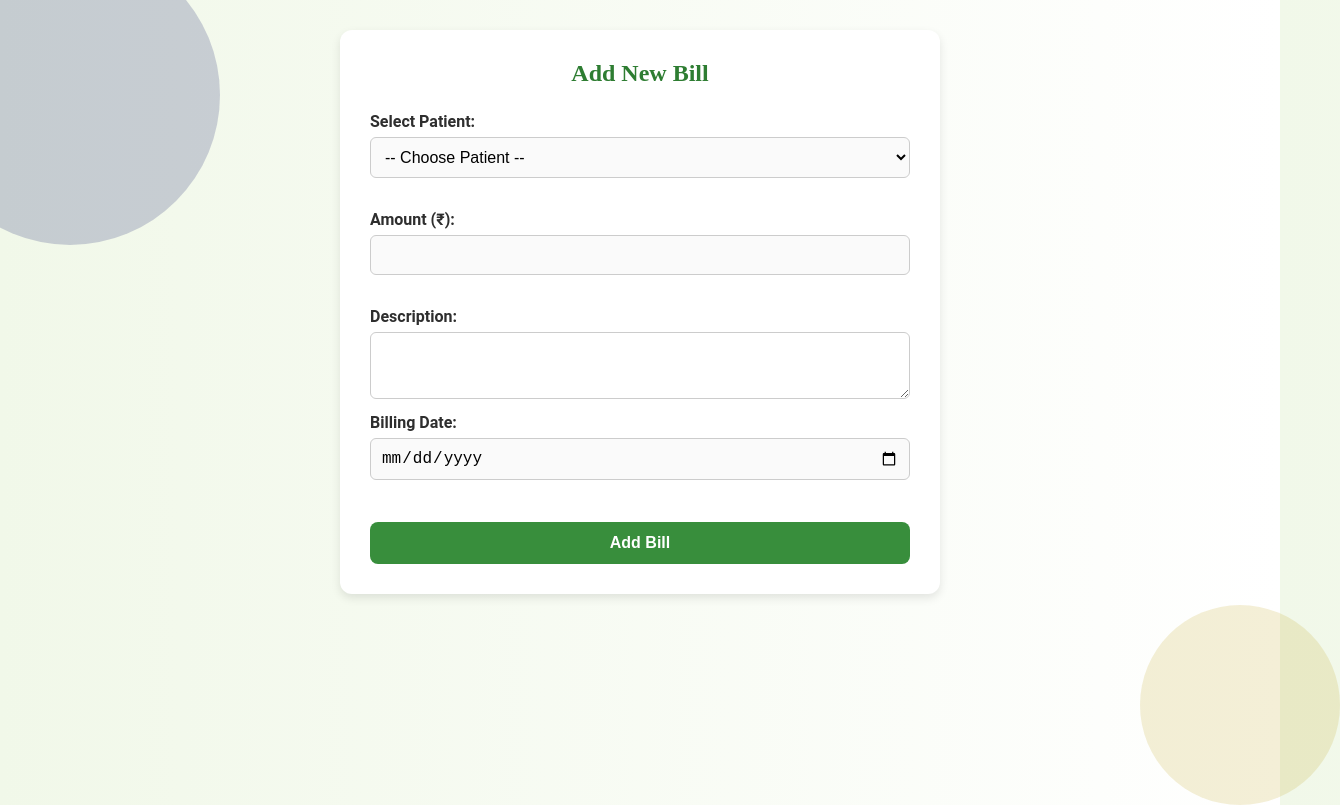
Repository: shreeshskatti/hospital_management_system
Page: http://localhost/bills/add_bill.php
An editor plug-in stored every save of this project. The page is shown before and after the next save, followed by the edit.
The browser window is 1280 px wide. The page is 1340 px wide, then 1280 px, then 1340 px, so the pictures cover 1340 px, including what lies to the right of the window. The pictures show the whole page.
Some web fonts or font styles are not loaded; a fallback is used. The page is run by PHP 8.4 with error messages shown; the project is at /var/www/html/. The database holds what the project's SQL file puts in it.

Above is the page before, as saved 2025-05-29 21:54:57.

After the next save:
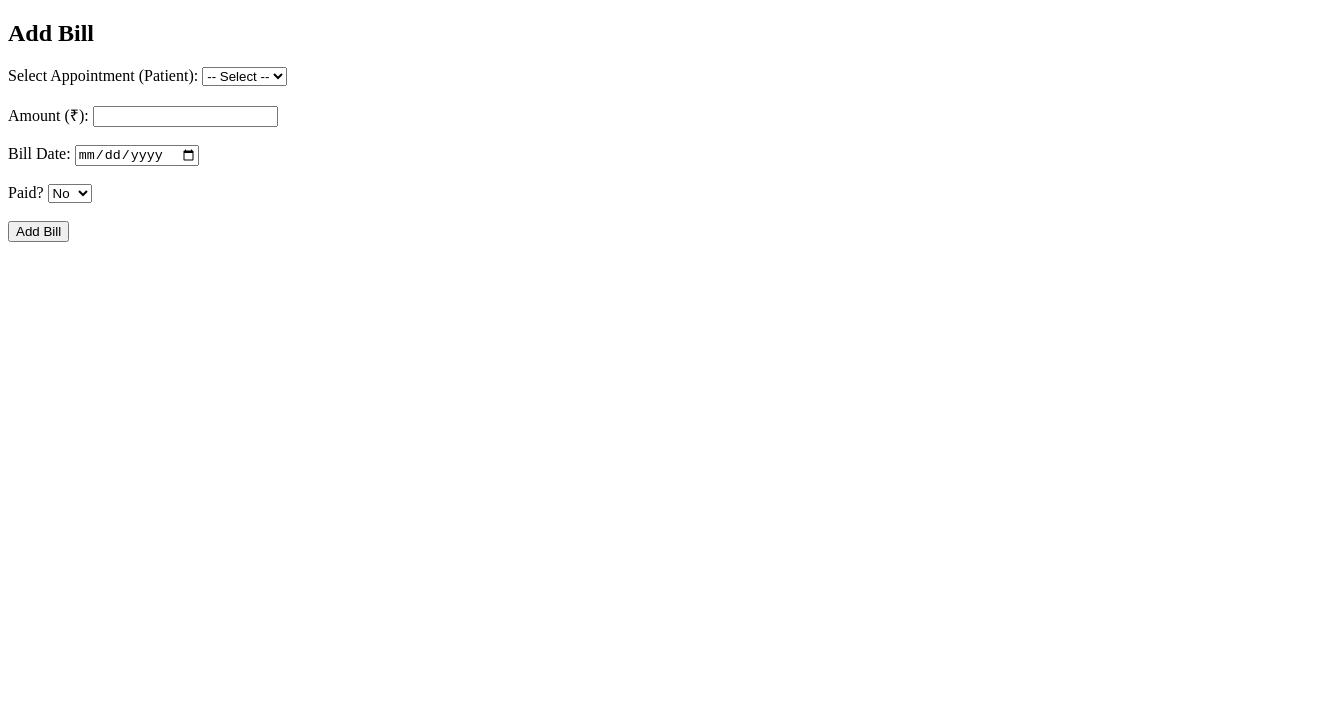
Saved 2 min 31 s later.
--- a/bills/add_bill.php
+++ b/bills/add_bill.php
@@ -1,104 +1,63 @@
 <?php
 include '../includes/db.php';
 
-// Handle form submission
-if ($_SERVER["REQUEST_METHOD"] == "POST") {
-    $patient_id = $_POST['patient_id'];
-    $amount = $_POST['amount'];
-    $description = $_POST['description'];
-    $billing_date = $_POST['billing_date'];
-
-    $stmt = $conn->prepare("INSERT INTO bills (patient_id, amount, description, billing_date) VALUES (?, ?, ?, ?)");
-    $stmt->bind_param("idss", $patient_id, $amount, $description, $billing_date);
-
-    if ($stmt->execute()) {
-        echo "<script>alert('Bill added successfully!'); window.location.href='view_bills.php';</script>";
-    } else {
-        echo "Error: " . $stmt->error;
-    }
-}
+// Fetch appointments and patient names
+$query = "SELECT a.appointment_id, p.name
+          FROM appointments a
+          JOIN patients p ON a.patient_id = p.patient_id";
+$result = $conn->query($query);
 ?>
 
 <!DOCTYPE html>
-<html>
+<html lang="en">
 <head>
-    <title>Add Bill</title>
-    <link rel="stylesheet" href="../css/style.css">
-    <style>
-        body {
-            background: linear-gradient(to right, #f1f8e9, #ffffff);
-            font-family: 'Roboto', sans-serif;
-            padding: 30px;
-        }
-        .form-container {
-            max-width: 600px;
-            margin: auto;
-            background: #ffffff;
-            padding: 30px;
-            border-radius: 12px;
-            box-shadow: 0 4px 10px rgba(0,0,0,0.1);
-        }
-        h2 {
-            text-align: center;
-            margin-bottom: 25px;
-            color: #2e7d32;
-        }
-        label {
-            font-weight: bold;
-            margin-top: 10px;
-            display: block;
-        }
-        input, select, textarea {
-            width: 100%;
-            padding: 10px;
-            margin-top: 6px;
-            border-radius: 6px;
-            border: 1px solid #ccc;
-        }
-        button {
-            background-color: #388e3c;
-            color: white;
-            padding: 12px;
-            margin-top: 20px;
-            border: none;
-            width: 100%;
-            font-size: 16px;
-            border-radius: 8px;
-            cursor: pointer;
-        }
-        button:hover {
-            background-color: #2e7d32;
-        }
-    </style>
+  <meta charset="UTF-8">
+  <title>Add Bill</title>
 </head>
 <body>
+  <h2>Add Bill</h2>
+  <form method="POST" action="">
+    <label for="appointment_id">Select Appointment (Patient):</label>
+    <select name="appointment_id" required>
+      <option value="">-- Select --</option>
+      <?php while($row = $result->fetch_assoc()): ?>
+        <option value="<?= $row['appointment_id'] ?>">
+          <?= $row['appointment_id'] ?> - <?= htmlspecialchars($row['name']) ?>
+        </option>
+      <?php endwhile; ?>
+    </select><br><br>
 
-<div class="form-container">
-    <h2>Add New Bill</h2>
-    <form method="POST">
-        <label for="patient_id">Select Patient:</label>
-        <select name="patient_id" id="patient_id" required>
-            <option value="">-- Choose Patient --</option>
-            <?php
-            $result = $conn->query("SELECT patient_id, name FROM patients");
-            while ($row = $result->fetch_assoc()) {
-                echo "<option value='{$row['patient_id']}'>{$row['name']} (ID: {$row['patient_id']})</option>";
-            }
-            ?>
-        </select>
+    <label for="amount">Amount (₹):</label>
+    <input type="number" step="0.01" name="amount" required><br><br>
 
-        <label for="amount">Amount (₹):</label>
-        <input type="number" name="amount" step="0.01" required>
+    <label for="bill_date">Bill Date:</label>
+    <input type="date" name="bill_date" required><br><br>
 
-        <label for="description">Description:</label>
-        <textarea name="description" rows="3" required></textarea>
+    <label for="paid">Paid?</label>
+    <select name="paid">
+      <option value="0">No</option>
+      <option value="1">Yes</option>
+    </select><br><br>
 
-        <label for="billing_date">Billing Date:</label>
-        <input type="date" name="billing_date" required>
-
-        <button type="submit">Add Bill</button>
-    </form>
-</div>
-
+    <input type="submit" name="submit" value="Add Bill">
+  </form>
 </body>
 </html>
+
+<?php
+if (isset($_POST['submit'])) {
+  $appointment_id = $_POST['appointment_id'];
+  $amount = $_POST['amount'];
+  $bill_date = $_POST['bill_date'];
+  $paid = $_POST['paid'];
+
+  $stmt = $conn->prepare("INSERT INTO bills (appointment_id, amount, bill_date, paid) VALUES (?, ?, ?, ?)");
+  $stmt->bind_param("idsi", $appointment_id, $amount, $bill_date, $paid);
+
+  if ($stmt->execute()) {
+    echo "<p style='color:green;'>Bill added successfully.</p>";
+  } else {
+    echo "<p style='color:red;'>Error: " . $stmt->error . "</p>";
+  }
+}
+?>

After the save that followed:
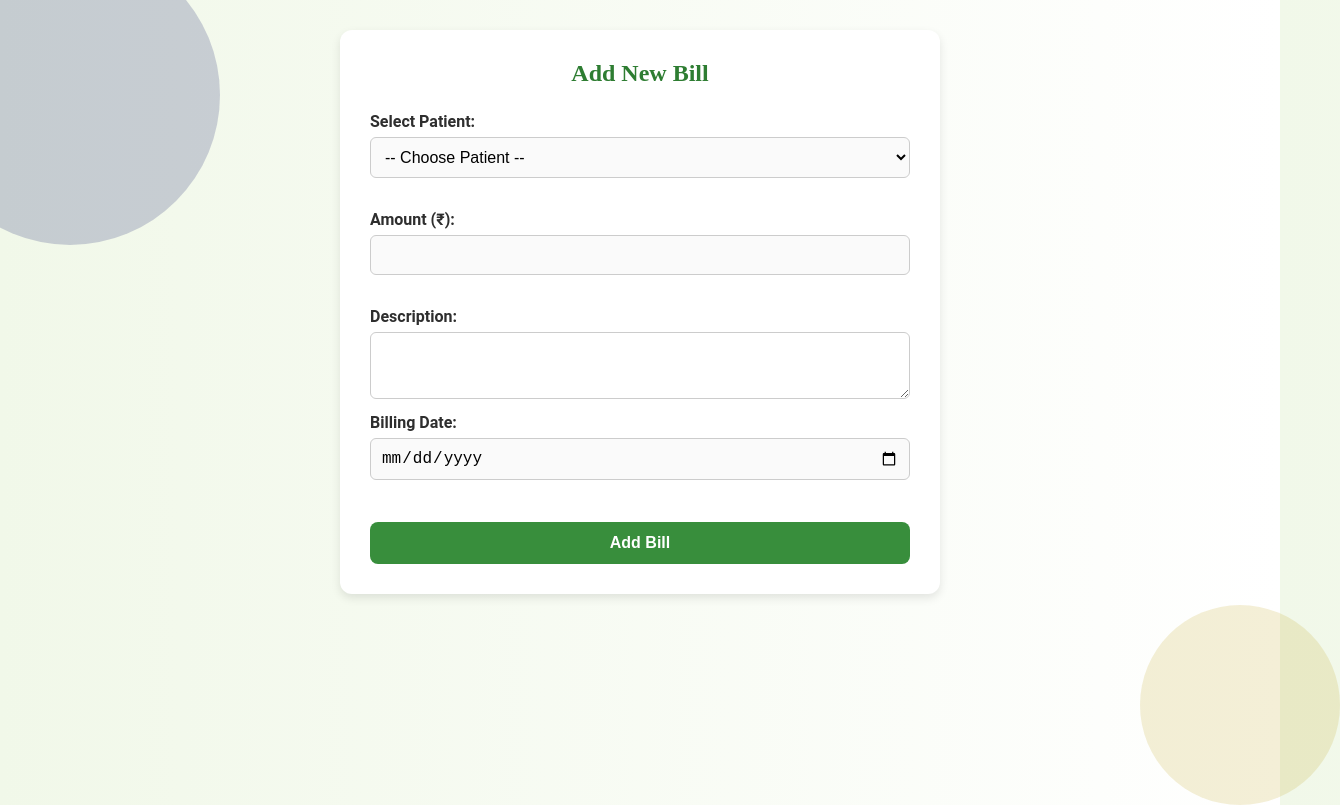
Saved 24 s later.
--- a/bills/add_bill.php
+++ b/bills/add_bill.php
@@ -1,63 +1,104 @@
 <?php
 include '../includes/db.php';
 
-// Fetch appointments and patient names
-$query = "SELECT a.appointment_id, p.name
-          FROM appointments a
-          JOIN patients p ON a.patient_id = p.patient_id";
-$result = $conn->query($query);
+// Handle form submission
+if ($_SERVER["REQUEST_METHOD"] == "POST") {
+    $patient_id = $_POST['patient_id'];
+    $amount = $_POST['amount'];
+    $description = $_POST['description'];
+    $billing_date = $_POST['billing_date'];
+
+    $stmt = $conn->prepare("INSERT INTO bills (patient_id, amount, description, billing_date) VALUES (?, ?, ?, ?)");
+    $stmt->bind_param("idss", $patient_id, $amount, $description, $billing_date);
+
+    if ($stmt->execute()) {
+        echo "<script>alert('Bill added successfully!'); window.location.href='view_bills.php';</script>";
+    } else {
+        echo "Error: " . $stmt->error;
+    }
+}
 ?>
 
 <!DOCTYPE html>
-<html lang="en">
+<html>
 <head>
-  <meta charset="UTF-8">
-  <title>Add Bill</title>
+    <title>Add Bill</title>
+    <link rel="stylesheet" href="../css/style.css">
+    <style>
+        body {
+            background: linear-gradient(to right, #f1f8e9, #ffffff);
+            font-family: 'Roboto', sans-serif;
+            padding: 30px;
+        }
+        .form-container {
+            max-width: 600px;
+            margin: auto;
+            background: #ffffff;
+            padding: 30px;
+            border-radius: 12px;
+            box-shadow: 0 4px 10px rgba(0,0,0,0.1);
+        }
+        h2 {
+            text-align: center;
+            margin-bottom: 25px;
+            color: #2e7d32;
+        }
+        label {
+            font-weight: bold;
+            margin-top: 10px;
+            display: block;
+        }
+        input, select, textarea {
+            width: 100%;
+            padding: 10px;
+            margin-top: 6px;
+            border-radius: 6px;
+            border: 1px solid #ccc;
+        }
+        button {
+            background-color: #388e3c;
+            color: white;
+            padding: 12px;
+            margin-top: 20px;
+            border: none;
+            width: 100%;
+            font-size: 16px;
+            border-radius: 8px;
+            cursor: pointer;
+        }
+        button:hover {
+            background-color: #2e7d32;
+        }
+    </style>
 </head>
 <body>
-  <h2>Add Bill</h2>
-  <form method="POST" action="">
-    <label for="appointment_id">Select Appointment (Patient):</label>
-    <select name="appointment_id" required>
-      <option value="">-- Select --</option>
-      <?php while($row = $result->fetch_assoc()): ?>
-        <option value="<?= $row['appointment_id'] ?>">
-          <?= $row['appointment_id'] ?> - <?= htmlspecialchars($row['name']) ?>
-        </option>
-      <?php endwhile; ?>
-    </select><br><br>
 
-    <label for="amount">Amount (₹):</label>
-    <input type="number" step="0.01" name="amount" required><br><br>
+<div class="form-container">
+    <h2>Add New Bill</h2>
+    <form method="POST">
+        <label for="patient_id">Select Patient:</label>
+        <select name="patient_id" id="patient_id" required>
+            <option value="">-- Choose Patient --</option>
+            <?php
+            $result = $conn->query("SELECT patient_id, name FROM patients");
+            while ($row = $result->fetch_assoc()) {
+                echo "<option value='{$row['patient_id']}'>{$row['name']} (ID: {$row['patient_id']})</option>";
+            }
+            ?>
+        </select>
 
-    <label for="bill_date">Bill Date:</label>
-    <input type="date" name="bill_date" required><br><br>
+        <label for="amount">Amount (₹):</label>
+        <input type="number" name="amount" step="0.01" required>
 
-    <label for="paid">Paid?</label>
-    <select name="paid">
-      <option value="0">No</option>
-      <option value="1">Yes</option>
-    </select><br><br>
+        <label for="description">Description:</label>
+        <textarea name="description" rows="3" required></textarea>
 
-    <input type="submit" name="submit" value="Add Bill">
-  </form>
+        <label for="billing_date">Billing Date:</label>
+        <input type="date" name="billing_date" required>
+
+        <button type="submit">Add Bill</button>
+    </form>
+</div>
+
 </body>
 </html>
-
-<?php
-if (isset($_POST['submit'])) {
-  $appointment_id = $_POST['appointment_id'];
-  $amount = $_POST['amount'];
-  $bill_date = $_POST['bill_date'];
-  $paid = $_POST['paid'];
-
-  $stmt = $conn->prepare("INSERT INTO bills (appointment_id, amount, bill_date, paid) VALUES (?, ?, ?, ?)");
-  $stmt->bind_param("idsi", $appointment_id, $amount, $bill_date, $paid);
-
-  if ($stmt->execute()) {
-    echo "<p style='color:green;'>Bill added successfully.</p>";
-  } else {
-    echo "<p style='color:red;'>Error: " . $stmt->error . "</p>";
-  }
-}
-?>
